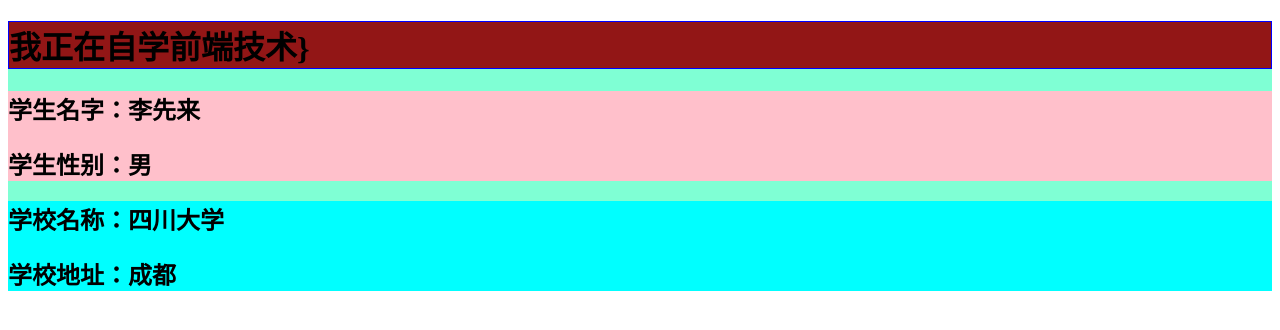
Repository: Lixianlai-2/The-journey-of-learning-Vue
Page: / (app in afterVueCli/Vue_Test/)
These files come from the project's save history. The page is drawn as it stood at one moment and after the next save; the edit follows.
The browser window is 1280 px wide. The pictures show the whole page.
The project was rebuilt for these pictures with package versions that can differ from the ones it lists, and the page was loaded fresh each time.

Above is the page before, as saved 2022-04-24 08:49:14.

### afterVueCli/Vue_Test/src/main.js
import Vue from "vue";
import App from "./App.vue";

// 关闭生产模式提醒
Vue.config.productionTip = false;

new Vue({
  render: (h) => h(App),
}).$mount("#app");

### afterVueCli/Vue_Test/src/App.vue
<template>
  <div id="app">
    <h1 class="hello">{{ msg }}}</h1>
    <student />
    <school />
  </div>
</template>

<script>
import School from "./components/school.vue";
import student from "./components/student.vue";

export default {
  name: "App",
  components: {
    student,
    School,
  },
  data() {
    return {
      msg: "我正在自学前端技术",
    };
  },
};
</script>

<style lang="less">
#app {
  background-color: aquamarine;
  .hello {
    border: 1px solid blue;
    background-color: rgb(146, 22, 22);
  }
}
</style>

### afterVueCli/Vue_Test/src/components/school.vue
<template>
  <div class="school">
    <h2>学校名称：{{ name }}</h2>
    <h2>学校地址：{{ address }}</h2>
    <!-- <button @click="showName">点击弹出学生名字</button> -->
  </div>
</template>

<script>
export default {
  data() {
    return {
      name: "四川大学",
      address: "成都",
    };
  },
};
</script>

<style scoped]>
.school {
  background-color: aqua;
}
</style>

### afterVueCli/Vue_Test/src/components/student.vue
<template>
  <div class="student">
    <h2>学生名字：{{ name }}</h2>
    <h2>学生性别：{{ gender }}</h2>
  </div>
</template>

<script>
export default {
  data() {
    return {
      name: "李先来",
      gender: "男",
    };
  },
};
</script>

<style scoped>
.student {
  background-color: pink;
}
</style>

Loaded but not shown: afterVueCli/Vue_Test/public/index.html (common file)

After the next save:
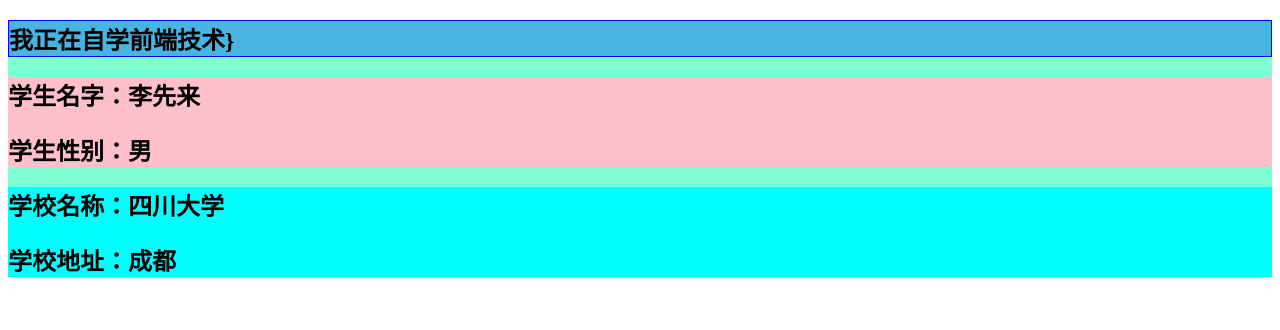
Saved 39 s later.
--- a/afterVueCli/Vue_Test/src/App.vue
+++ b/afterVueCli/Vue_Test/src/App.vue
@@ -1,6 +1,6 @@
 <template>
   <div id="app">
-    <h1 class="hello">{{ msg }}}</h1>
+    <h2 class="hello">{{ msg }}}</h2>
     <student />
     <school />
   </div>
@@ -29,7 +29,8 @@ export default {
   background-color: aquamarine;
   .hello {
     border: 1px solid blue;
-    background-color: rgb(146, 22, 22);
+    background-color: rgb(71, 180, 226);
+    margin-bottom: 20px;
   }
 }
 </style>
